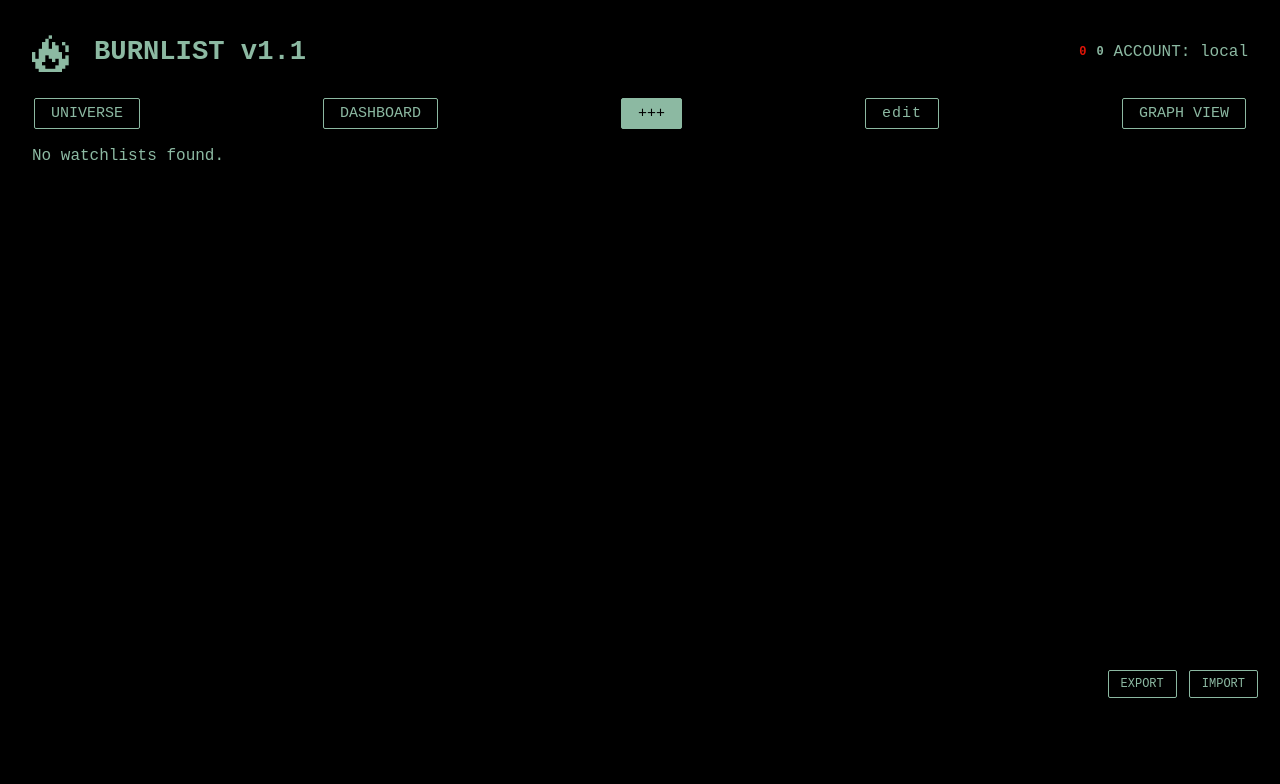
Repository: 11612x/burnlistv1.1
Page: /
The author's editor kept a copy of each file at every save. The page is drawn from the files as they stood at one save, then again after the next save.
The browser window is 1280 px wide. The pictures show the whole page.
The project was rebuilt for these pictures with package versions that can differ from the ones it lists, and the page was loaded fresh each time. Also part of the build but not shown: vite.config.js, src/components/CustomTooltip.jsx, src/logic/portfolioUtils.js, src/components/WatchlistChart.jsx, src/components/NotificationBanner.jsx, src/components/WatchlistHeader.jsx, src/components/TimeframeSelector.jsx, src/hooks/useAverageReturn.js and 16 more.

Above is the page before, as saved 2025-07-17 01:02:30.

After the next save:
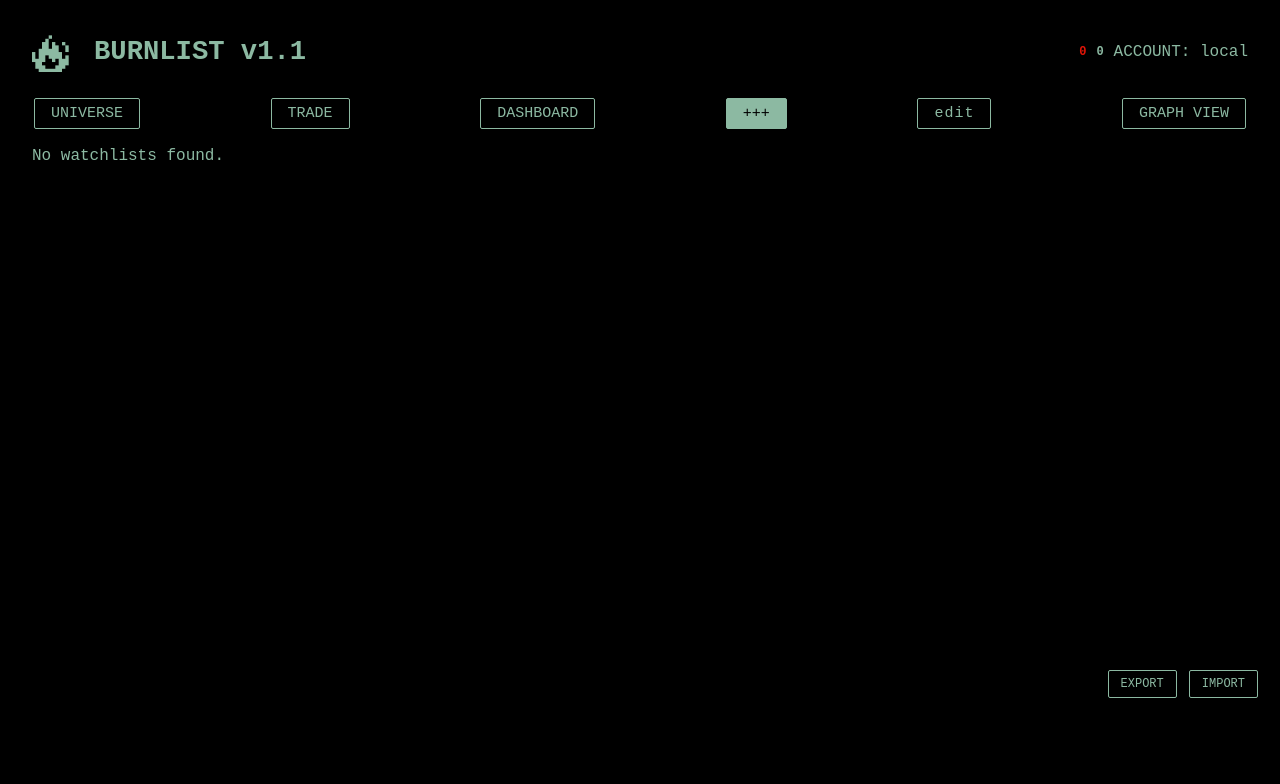
Saved 8 s later.
--- a/src/pages/HomePage.jsx
+++ b/src/pages/HomePage.jsx
@@ -375,6 +375,17 @@ const HomePage = ({ watchlists = {}, setWatchlists }) => {
             }}
           >
             UNIVERSE
+          </CustomButton>
+        </Link>
+        <Link to="/trade" style={{ textDecoration: 'none' }}>
+          <CustomButton
+            style={{
+              backgroundColor: black,
+              color: green,
+              border: `1px solid ${green}`
+            }}
+          >
+            TRADE
           </CustomButton>
         </Link>
         <Link to="/journal" style={{ textDecoration: 'none' }}>
